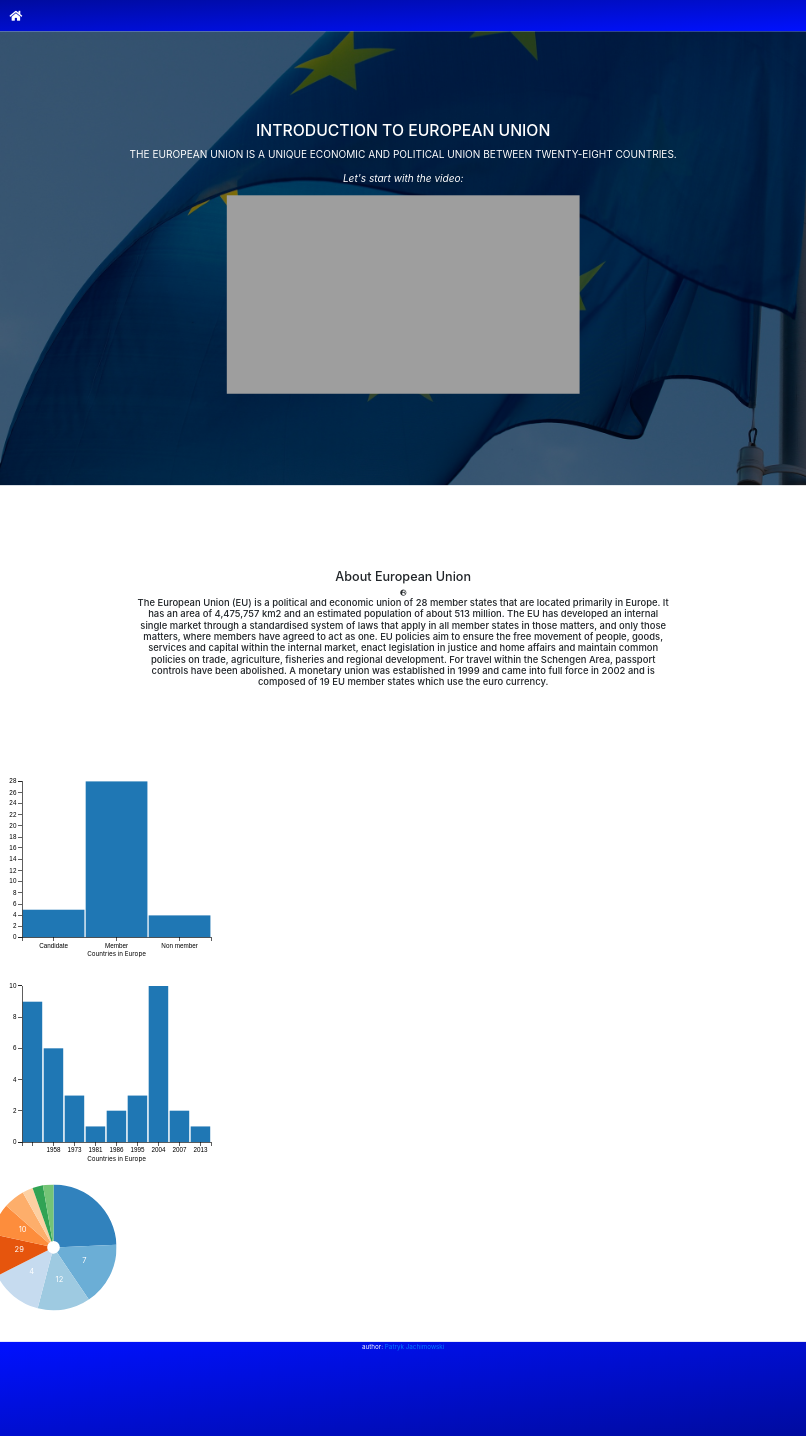
Repository: pjachimowski/renewable
Page: index.html
The author's editor kept a record of every edit. The page is drawn from the files as they stood at one moment, then again after the next edit.
The browser window is 1280 px wide. The pictures show the whole page, at 63% of full size.
Pictures or frames that could not be fetched are drawn as grey boxes. Backgrounds fixed to the window are drawn as part of the page. Some web fonts or font styles are not loaded; a fallback is used. Some web libraries are served in a nearby version.

Above is the page before.

After the next edit:
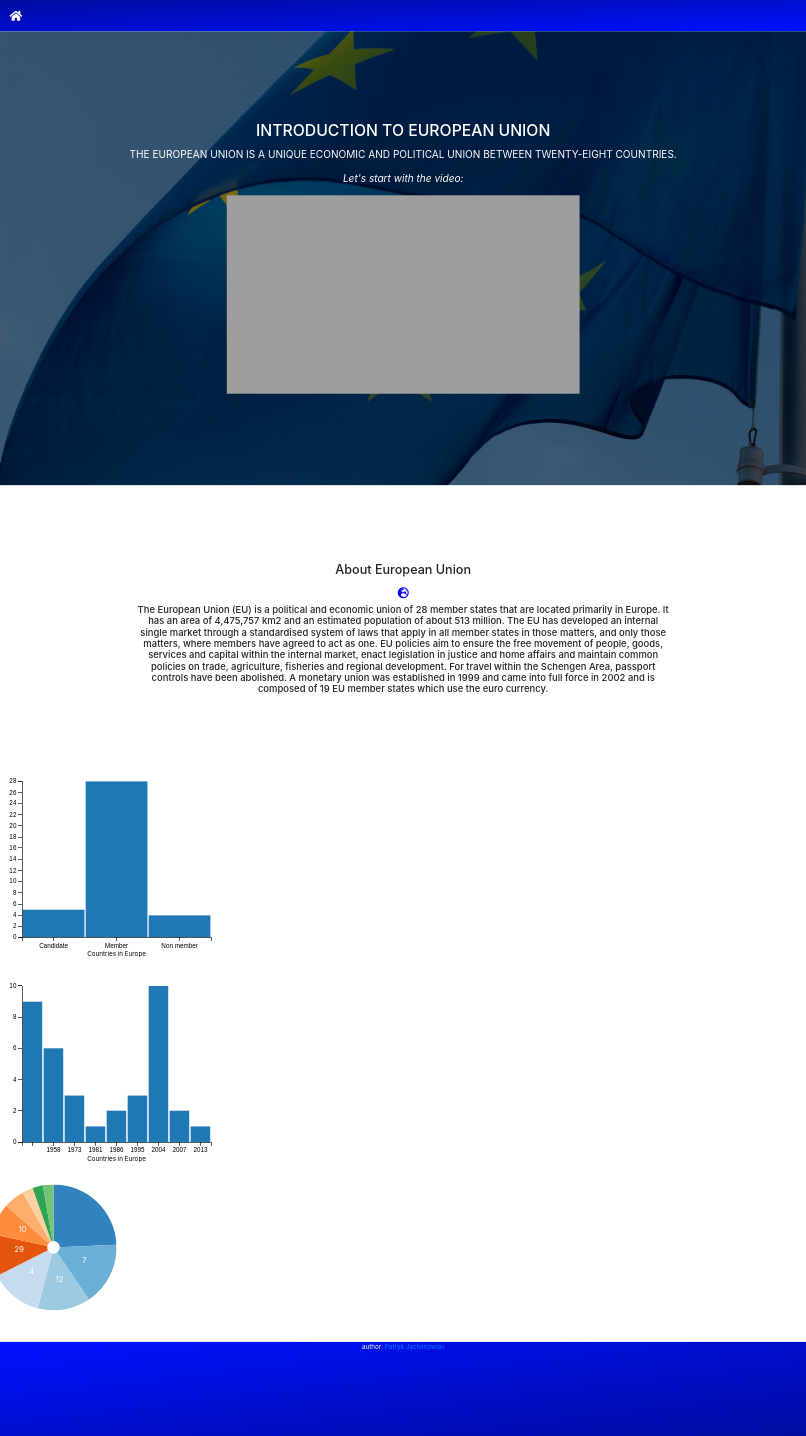
The edit:
--- a/static/css/style.css
+++ b/static/css/style.css
@@ -84,6 +84,12 @@
     position: relative;
 }
 
+.devider {
+    color: blue;
+    font-size: large;
+    margin: 10px;
+}
+
 /* ----------- charts cointainers --------*/
 
 .chart1 {
